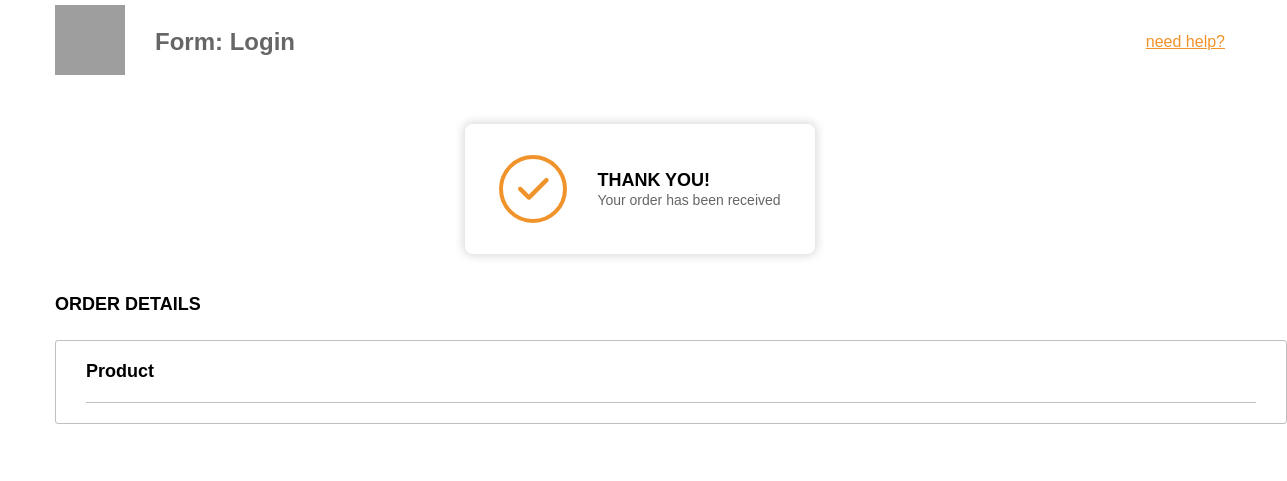
Repository: NguyenDucHung20002/project-homev1
Page: checkout/checkout.html
An editor plug-in stored every save of this project. The page is shown before and after the next save, followed by the edit.
The browser window is 1280 px wide. The page is 1287 px wide, so the pictures cover 1287 px, including what lies to the right of the window. The pictures show the whole page.
Pictures or frames that could not be fetched are drawn as grey boxes. The style sheet was rebuilt from its Sass, Less or Tailwind sources for each picture, by a compiler version that may differ from the author's.

Above is the page before, as saved 2022-09-20 10:16:10.

### checkout/checkout.html
<!DOCTYPE html>
<html lang="en">

<head>
    <meta charset="UTF-8">
    <meta http-equiv="X-UA-Compatible" content="IE=edge">
    <meta name="viewport" content="width=device-width, initial-scale=1.0">
    <!-- <link rel="stylesheet" href="../reset.css"> -->
    <link rel="stylesheet" href="../fontawesome-free-6.1.2-web/css/all.min.css">
    <link rel="stylesheet" href="../dist/css/checkout.css">
    <title>Document</title>
    <link rel="icon" href="/icon/favicon.png">
</head>

<body>
    <header>
        <div class="header">
            <div class="container">
                <div class="header-right">
                    <a href="../homev1.html"><img
                            src="http://wp.0effortthemes.com/themes/veggie/wp-content/uploads/2016/06/header-v3-logo.png"
                            alt=""></a>
                    <h2 class="name-form">Form: Login</h2>
                </div>
                <div class="header-left">
                    <a href="" class="help">need help?</a>
                </div>
            </div>
        </div>
    </header>

    <div class="content">
        <div class="container">
            <div class="thank-you">
                <i class="fa-solid fa-check"></i>
                <div class="title">
                    <span><strong>THANK YOU!</strong></span><br>
                    <span>Your order has been received</span>
                </div>
            </div>
            <span class="title-order-details"><strong>ORDER DETAILS</strong></span>
            <div class="order-details">
                <span class="title-product"><strong>Product</strong></span>
            </div>
        </div>
    </div>

</body>

<script src="https://cdnjs.cloudflare.com/ajax/libs/jquery/3.6.0/jquery.min.js"
    integrity="sha512-894YE6QWD5I59HgZOGReFYm4dnWc1Qt5NtvYSaNcOP+u1T9qYdvdihz0PPSiiqn/+/3e7Jo4EaG7TubfWGUrMQ=="
    crossorigin="anonymous" referrerpolicy="no-referrer"></script>
<script src="./checkout.js"></script>

</html>

### checkout/checkout.js
// $(".btn-checkout").click((e) => {
//   e.preventDefault();
// });

### checkout/checkout.scss
* {
  font-family: "Poppins", sans-serif;
}
body {
  position: relative;
}
.container {
  margin: 0 auto;
  width: 1170px;
}
header {
  width: 100%;
  position: fixed;
  top: 0;
  left: 0;
  z-index: 10000;
  background-color: rgba(#ffffff, 0.8);
  .header {
    .container {
      display: flex;
      align-items: center;
      justify-content: space-between;
      padding: 5px;
      .header-right {
        display: flex;
        justify-content: flex-start;
        align-items: center;
        a {
          img {
            width: 70px;
            height: 70px;
          }
        }
        .name-form {
          color: #666;
          margin-left: 30px;
        }
      }
      .header-left {
        a {
          color: #f0932b;
        }
      }
    }
  }
}
.content {
  .container {
    background-color: #ffffff;
    margin-top: 84px;
    padding: 40px 0px;
    .thank-you {
      display: flex;
      align-items: center;
      justify-content: center;
      width: 350px;
      height: 130px;
      margin: 0 auto;
      border-radius: 8px;
      box-shadow: 0px 0px 10px 2px rgba(0, 0, 0, 0.15);
      i {
        color: #f0932b;
        text-align: center;
        line-height: 60px;
        width: 60px;
        height: 60px;
        border: 4px solid #f0932b;
        border-radius: 50%;
        font-size: 35px;
        font-weight: bold;
        margin-right: 30px;
      }
      .title {
        span {
          font-size: 14px;
          color: #666;
        }
        strong {
          color: black;
          font-size: 18px;
        }
      }
    }
    .title-order-details {
      display: inline-block;
      margin: 40px 0px 25px;
      color: black;
      font-size: 18px;
    }
    .order-details {
      width: 100%;
      border-radius: 3px;
      padding: 20px 30px;
      border: 0.5px solid rgba(0, 0, 0, 0.25);
      .title-product {
        display: inline-block;
        width: 100%;
        font-size: 18px;
        font-weight: bold;
        padding-bottom: 20px;
        border-bottom: 0.5px solid rgba(0, 0, 0, 0.25);
      }
      .cart-items {
        .items {
          display: flex;
          align-items: center;
          justify-content: space-between;
          .name-items {
          }
          .price-items {
          }
        }
      }
    }
  }
}

Loaded but not shown: fontawesome-free-6.1.2-web/css/all.min.css (library)

After the next save:
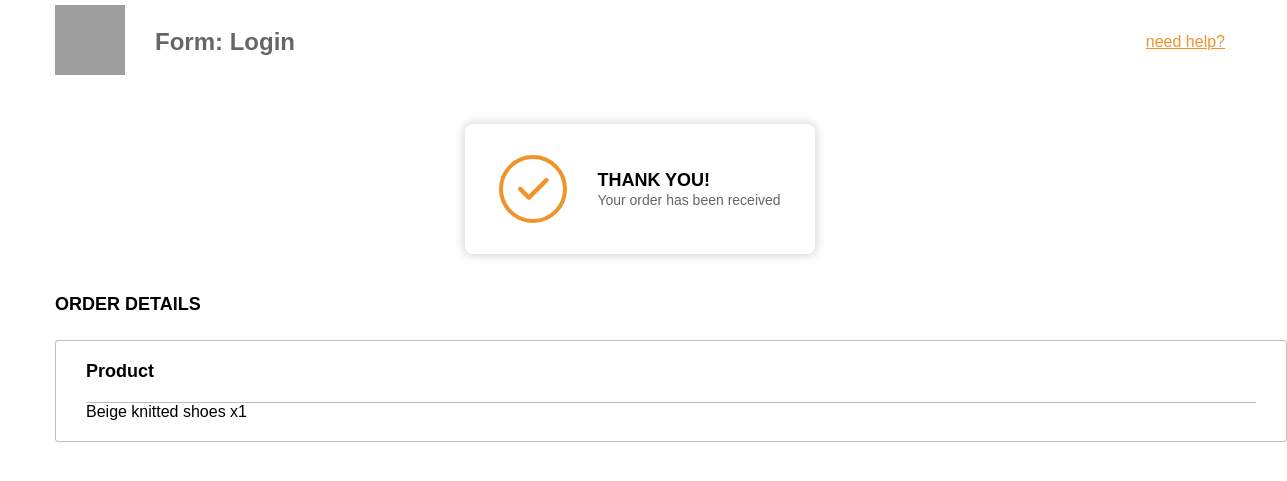
Saved 17 s later.
--- a/checkout/checkout.html
+++ b/checkout/checkout.html
@@ -41,6 +41,16 @@
             <span class="title-order-details"><strong>ORDER DETAILS</strong></span>
             <div class="order-details">
                 <span class="title-product"><strong>Product</strong></span>
+                <div class="cart-items">
+                    <div class="items">
+                        <span class="name-items">
+                            Beige knitted shoes x1
+                        </span>
+                        <span class="price-items">
+
+                        </span>
+                    </div>
+                </div>
             </div>
         </div>
     </div>
